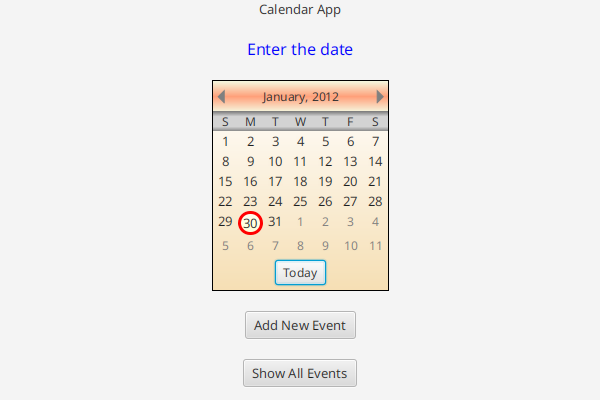
Repository: abhisheknaik96/Calendar-app
Program's window: java Calendar-app/src/simple_calendar/simple_calendar/SimpleCalendarDemo.java
An editor plug-in stored every save of this project. The program's window is shown before and after the next save, followed by the edit.
It runs on Java 21 on a 1366 x 768 screen with JavaFX 11; the title bar is not drawn.

Above is the program's window before, as saved 2015-04-11 14:24:36.

After the next save:
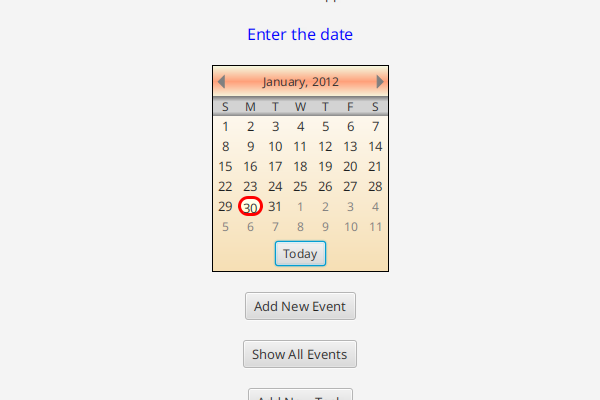
Saved 21 s later.
--- a/Calendar-app/src/simple_calendar/simple_calendar/SimpleCalendarDemo.java
+++ b/Calendar-app/src/simple_calendar/simple_calendar/SimpleCalendarDemo.java
@@ -207,7 +207,7 @@
 		});
 
 		dateBox.getChildren().addAll(simpleCal);
-		vbox.getChildren().addAll(label, enterDate, dateBox, b, showAllEvents);
+		vbox.getChildren().addAll(label, enterDate, dateBox, b, showAllEvents, addTask);
 		root.getChildren().add(vbox);
 		thisStage = stage;
 		thisStage.show();
